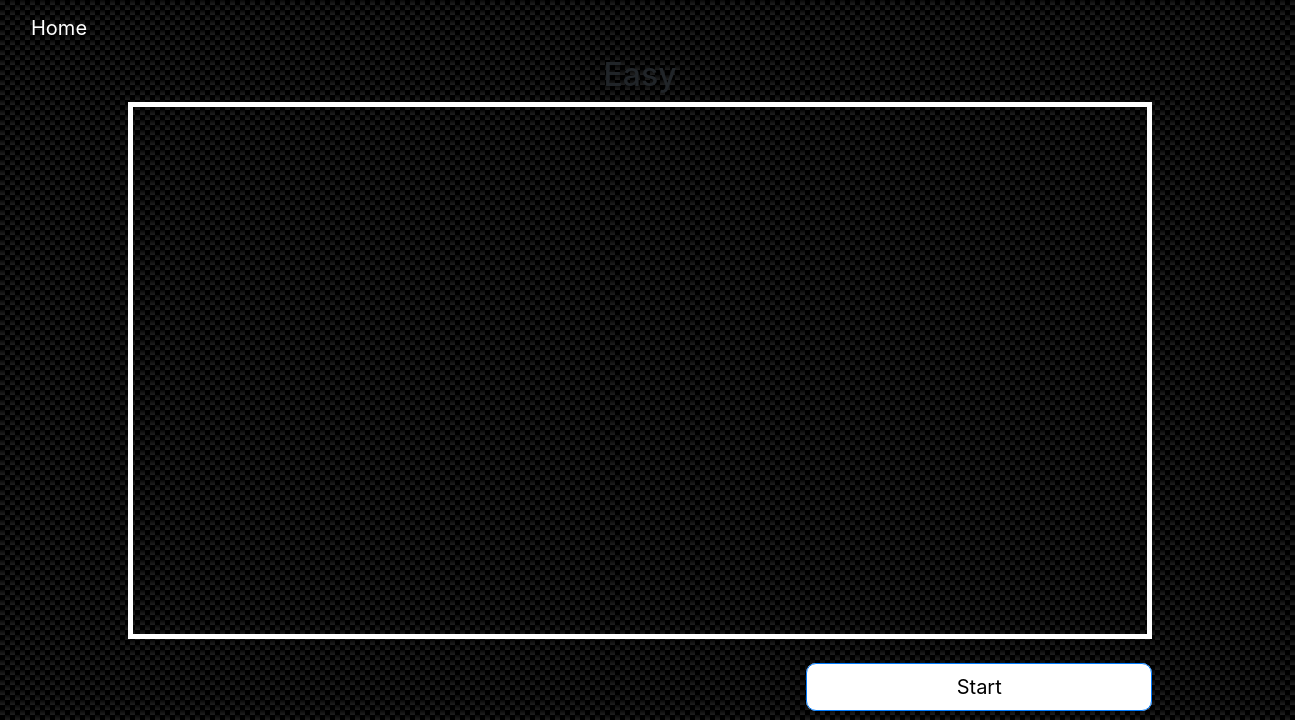
Repository: chrisrees85/memory-block
Page: easy.html
The author's editor kept a record of every edit. The page is drawn from the files as they stood at one moment, then again after the next edit.
The browser window is 1280 px wide. The page is 1295 px wide, so the pictures cover 1295 px, including what lies to the right of the window. The pictures show the whole page.

Above is the page before.

### easy.html
<!DOCTYPE html>
<html lang="en">

<head>
    <meta charset="UTF-8">
    <meta name="viewport" content="width=device-width, initial-scale=1.0">
    <meta http-equiv="X-UA-Compatible" content="ie=edge">
    <title>Memory Block</title>
    <link rel="stylesheet" href="https://stackpath.bootstrapcdn.com/bootstrap/4.3.1/css/bootstrap.min.css" integrity="sha384-ggOyR0iXCbMQv3Xipma34MD+dH/1fQ784/j6cY/iJTQUOhcWr7x9JvoRxT2MZw1T" crossorigin="anonymous">
    <link rel="stylesheet" href="assets/css/style.css" type="text/css" />
</head>

<body>
    <div class="container-fluid">
        <nav class="navbar navbar-dark bg-dark">
                        <a class="navbar-brand" href="index.html">Home</a>
        </nav>
    </div>
    <div class="row">
        <div class="col">
            <h2 class="center">Easy</h2>
        </div>
    </div>
    <div class="container board">
        <div class="row">
            <div class="col block blue"></div>
            <div class="col block blue"></div>
            <div class="col block blue"></div>
        </div>
        <div class="row">
            <div class="col block blue"></div>
            <div class="col block blue"></div>
            <div class="col block blue"></div>
        </div>
        <div class="row">
            <div class="col block blue"></div>
            <div class="col block blue"></div>
            <div class="col block blue"></div>
        </div>
        <div class="row">
            <div class="col block blue"></div>
            <div class="col block blue"></div>
            <div class="col block blue"></div>
        </div>
    </div>
    </br>
    <div class="row btn-right">

        <div id="btn"></div>

    </div>
    </div>

    <div class="modal fade" id="exampleModal" tabindex="-1" role="dialog" aria-labelledby="exampleModalLabel" aria-hidden="true">
        <div class="modal-dialog" role="document">
            <div class="modal-content">
                <div class="modal-header">
                    <h5 class="modal-title" id="modal-head"></h5>
                </div>
                <div class="modal-footer">
                    <div id="modal-btn1"></div>
                    <div id="modal-btn2"></div>
                </div>
            </div>
        </div>


        <script src="https://code.jquery.com/jquery-3.3.1.slim.min.js" integrity="sha384-q8i/X+965DzO0rT7abK41JStQIAqVgRVzpbzo5smXKp4YfRvH+8abtTE1Pi6jizo" crossorigin="anonymous"></script>
        <script src="https://cdnjs.cloudflare.com/ajax/libs/popper.js/1.14.7/umd/popper.min.js" integrity="sha384-UO2eT0CpHqdSJQ6hJty5KVphtPhzWj9WO1clHTMGa3JDZwrnQq4sF86dIHNDz0W1" crossorigin="anonymous"></script>
        <script src="https://stackpath.bootstrapcdn.com/bootstrap/4.3.1/js/bootstrap.min.js" integrity="sha384-JjSmVgyd0p3pXB1rRibZUAYoIIy6OrQ6VrjIEaFf/nJGzIxFDsf4x0xIM+B07jRM" crossorigin="anonymous"></script>
        <script type="text/javascript" src="assets/js/scripts.js"></script>
</body>

</html>

### assets/css/style.css
* {
  padding: 0;
  margin: 0;
  box-sizing: border-box;
}

body {
  background-color: rgb(32, 32, 32);
  background-image: linear-gradient(45deg, black 25%, transparent 25%, transparent 75%, black 75%, black), linear-gradient(45deg, black 25%, transparent 25%, transparent 75%, black 75%, black), linear-gradient(to bottom, rgb(8, 8, 8), rgb(32, 32, 32));
  background-size: 10px 10px, 10px 10px, 10px 5px;
  background-position: 0px 0px, 5px 5px, 0px 0px;
}

h1, p{
  color:white;
}

.navbar-dark{
  background-color: rgba(0,0,0,0)!important;
}

.center {
  text-align: center;
}

.main{
  background-color: rgba(0,0,0,0);
}

.btn-lg{
  width:60vw;
  margin:auto;
  border-radius: 10px;
}

.board {
  width: 80vw;
  height:calc(72vh + 18px);
  margin: auto;
  border:5px solid white;
}

.tiles {
  background-color: rgba(255,255,255,0.5);
  height: 18vh;
  border-radius: 10px;
  margin: 1px;
}

.btn-right {
  margin-right: 10vw;
  float: right;
}

#btn,
#play-btn {
  width: 27vw;
  border-radius: 10px;
  background-color: white;
  color:black;
}

.blue{
  background-color: blue;
  transform: rotateY(-0deg);
  transition: transform 0.5s;
}

.green {
  background-color: green;
  transform: rotateY(180deg);
  transition: transform 0.5s;
}

.modal-dialog {
  padding-top: 200px;
}

### assets/js/scripts.js
let blocks = Array.from(document.querySelectorAll('.block'));
let buttonDiv = document.getElementById('btn');
let blocksLength = blocks.length;
let score = 0;

// First function of the play button

function startButton() {
    buttonDiv.innerHTML = '<button type="button" class="btn btn-primary btn-lg" id="play-btn" onclick="onClick();">Start</button>';
}
startButton();

// Function performs when first button function is pressed

function onClick() {
    // Renders the button inactive so the user can't keep calling onClick function
    buttonDiv.innerHTML = '<button type="button" class="btn btn-primary btn-lg" id="play-btn">Start</button>';

    // Countdown timer shown in the button text
    // Once time is up the buttons function changes to check users attempt
    let timeleft = 5;
    let countdownTimer = setInterval(function() {
        buttonDiv.innerHTML = '<button type="button" class="btn btn-primary btn-lg" id="play-btn"></button>';
        document.getElementById('play-btn').textContent = timeleft;
        timeleft -= 1;
        if (timeleft < 0) {
            clearInterval(countdownTimer);
            buttonDiv.innerHTML = '<button type="button" class="btn btn-primary btn-lg" id="play-btn" onclick="checkAttempt();" data-toggle="modal" data-target="#exampleModal">Check</button>';
        }
    }, 1000);

    // Shuffles the blocks array into a random order
    let i = blocksLength,
        rand, temp;
    while (--i > 0) {
        rand = Math.floor(Math.random() * (i + 1));
        temp = blocks[rand];
        blocks[rand] = blocks[i];
        blocks[i] = temp;
    }

    // Selects half of the shuffled array and adds the color class
    let bottomHalfblocks = blocks.slice(blocksLength / 2, blocksLength);
    bottomHalfblocks.forEach(function(i) {
        i.classList.replace('blue', 'green');
    });

    // Replaces the color class with an unused class after 6 seconds
    function clearBoard() {
        bottomHalfblocks.map(function(i) {
            i.classList.replace('green', 'blue');
            i.classList.add('marker')
        });
    }
    setTimeout(clearBoard, 6000);
    console.log(blocks);

    // Activates the users ability to click and change the block color 6 seconds after the start button is pressed
    function allowUserClick() {
        blocks.forEach(function(i) {
            i.addEventListener('click', tileClicked);
        });

        function tileClicked() {
            this.classList.toggle('green');
            this.classList.toggle('blue');
        }
    }
    setTimeout(allowUserClick, 6000);
}

let modalBtn1 = document.getElementById('modal-btn1');
let modalBtn2 = document.getElementById('modal-btn2');
// Function checks the users answers on clicking the check button and displays a modal
function checkAttempt() {

    // Loops through the blocks array and increments 1 to the score if a condition is true
    function checkClasses() {
        blocks.forEach(function(it) {
            if ((it.classList.contains('marker')) && (it.classList.contains('green'))) {
                score++;
            }
            else if ((it.classList.contains('green')) && !(it.classList.contains('marker'))) {
                score = blocksLength;
            }
        });
    }
    checkClasses();

    // Modal either gives a yes or no answer as to whether the user has succeeded
    if (score == blocksLength / 2) {
        document.getElementById('modal-head').textContent = ('CONGRATULATIONS!');
        document.getElementById('modal-text').textContent = ('You did it! why not do it again');
        modalBtn1.innerHTML = '<button type="button" class="btn btn-primary" onclick="location.reload();">New Game</button>';
        modalBtn2.innerHTML = '';
    }
    else {
        document.getElementById('modal-head').textContent = ('SORRY NOT THIS TIME!');
        document.getElementById('modal-text').textContent = ('See why and try again');
        modalBtn1.innerHTML = '<button type="button" class="btn btn-primary" data-dismiss="modal" onclick="reveal();">Reveal</button>';
        modalBtn2.innerHTML = '<button type="button" class="btn btn-primary" data-dismiss="modal" onclick="retry();">Try Again</button>';
    }
    // resets the score to 0 to keep the users attempt accurate
    score = 0;
}

function retry() {
    blocks.forEach(function(it) {
        if (it.classList.contains('green')) {
            it.classList.replace('green', 'blue');
        }
    });
}

// Replaces green class with blue class
function reveal() {
    buttonDiv.innerHTML = '<button type="button" class="btn btn-primary btn-lg" id="play-btn" onclick="location.reload();">New Game</button>';
    blocks.forEach(function(it) {
        if ((it.classList.contains('green')) && !(it.classList.contains('marker'))) {
            it.classList.replace('green', 'blue');
        }
        else if (!(it.classList.contains('green')) && (it.classList.contains('marker'))) {
            it.classList.replace('blue', 'green');
        }
    });
}

After the next edit:
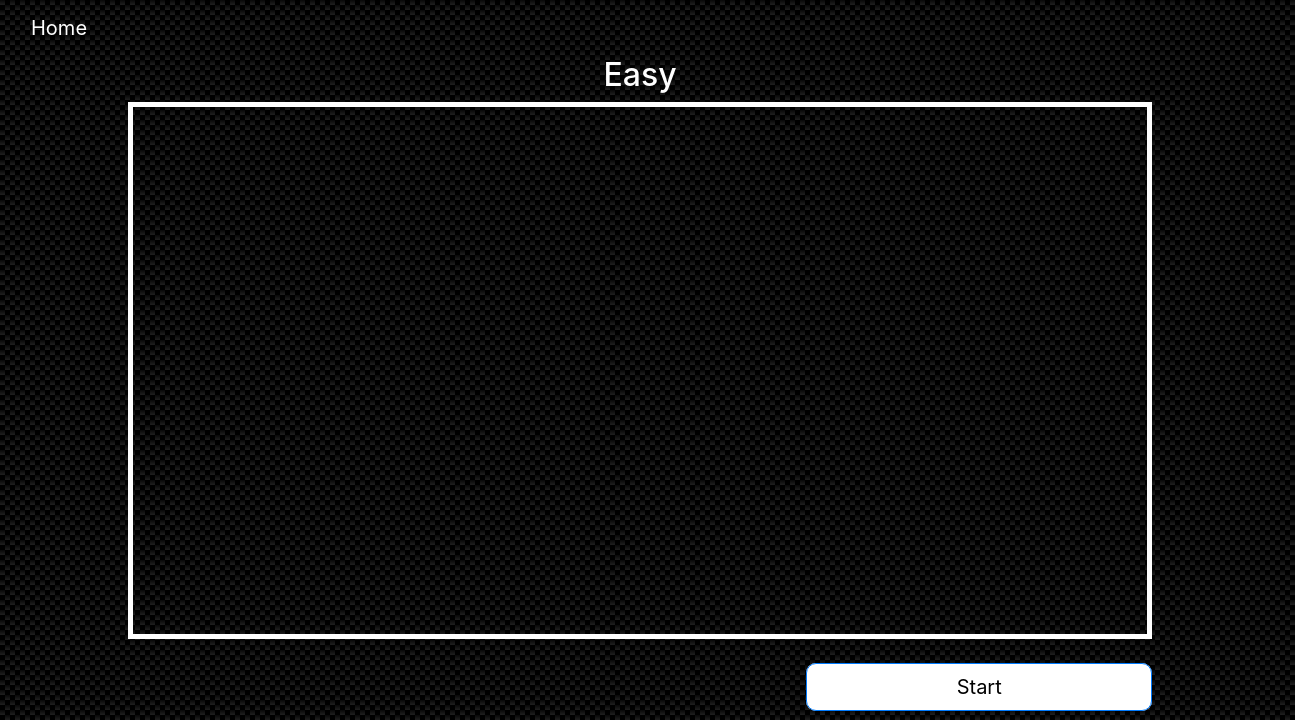
The edit:
--- a/assets/css/style.css
+++ b/assets/css/style.css
@@ -11,7 +11,7 @@
   background-position: 0px 0px, 5px 5px, 0px 0px;
 }
 
-h1, p{
+h1,h2, p{
   color:white;
 }
 
